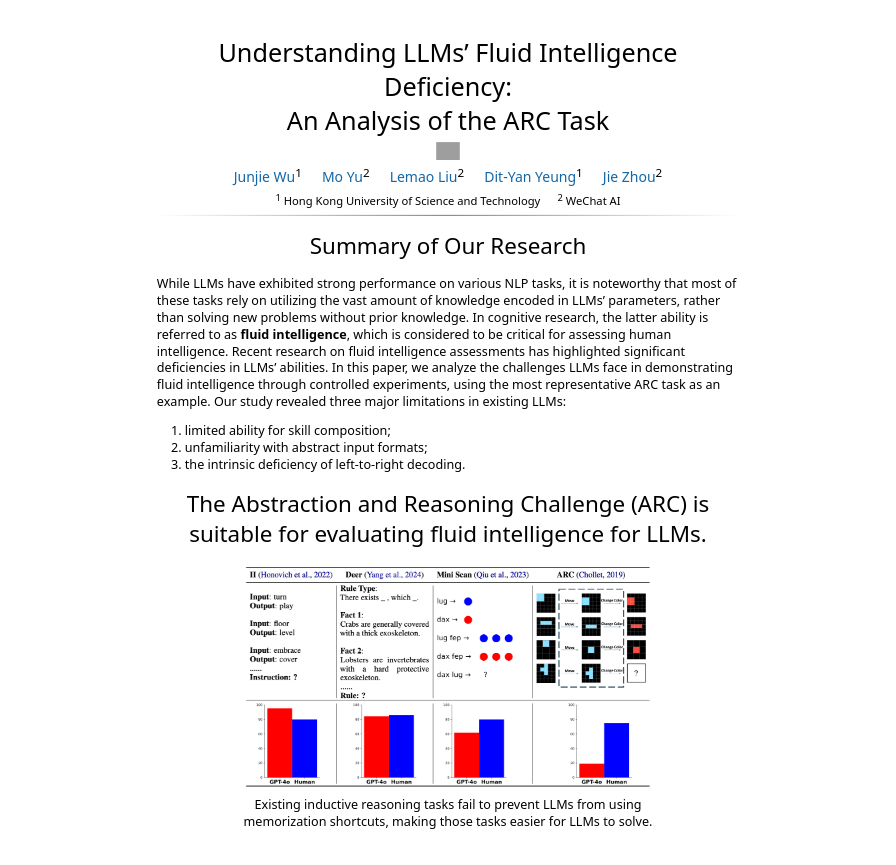
Repository: wujunjie1998/araoc-benchmark.github.io
Page: index.html
These files come from the project's save history. The page is drawn as it stood at one moment and after the next save; the edit follows.
The browser window is 1280 px wide. The pictures show the whole page, at 70% of full size.
Pictures or frames that could not be fetched are drawn as grey boxes.

Above is the page before, as saved 2025-02-07 22:13:51.

### index.html
<html>
  <head>
    <title>
      Understanding LLMs’ Fluid Intelligence Deficiency: An Analysis of the ARC Task
    </title>
    <link
      rel="icon"
      href="data:[embedded picture, 137 characters]"
    />
    <meta charset="UTF-8" />
    <meta name="viewport" content="width=device-width, initial-scale=1" />
    <link rel="stylesheet" href="./css/index.css" />
  </head>

  <body>
    <div class="header">
      <div class="paper-title">
        Understanding LLMs’ Fluid Intelligence Deficiency:
        <br />
        An Analysis of the ARC Task
      </div>
      <div>
        <!-- * Paper -->
        <span class="link-block">
          <a target="_blank" href="./paper.pdf"
            ><img
              class="badge"
              src="https://img.shields.io/badge/Paper-PDF-red?&labelColor=lightgray&logo=arxiv&logoColor=brown" /><img
          /></a>
        </span>
        <!-- * Dataset -->
        <!--
        <span class="link-block">
          <a
            target="_blank"
            href="https://huggingface.co/datasets/ShunchiZhang/PhysiCo/"
            ><img
              class="badge"
              src="https://img.shields.io/badge/HuggingFace-Dataset-yellow?labelColor=lightgray&logo=huggingface" /><img
          /></a>
        </span>
        -->

        <!-- * Code -->
         <!--
        <span class="link-block">
          <a target="_blank" href="https://github.com/physico-benchmark/physico"
            ><img
              class="badge"
              src="https://img.shields.io/badge/GitHub-Code-gray?labelColor=lightgray&logo=github&logoColor=gray" /><img /></a
        ></span>
        -->
        <!-- * Leaderboard -->
        <!--
        <span class="link-block">
          <a href="./leaderboard.html"
            ><img
              class="badge"
              src="https://img.shields.io/badge/Leaderboard-Visit-blue?labelColor=lightgray&logo=stackblitz&logoColor=367BAF" /><img /></a
        ></span>
        -->
        <!-- * X Threads -->
        <!--
        <span class="link-block">
          <a href="https://x.com/jieeijjie/status/1876713099752861782"
            ><img
              class="badge"
              src="https://img.shields.io/badge/Threads-black?labelColor=lightgray&logo=x&logoColor=gray" /><img /></a
        ></span>
        -->

      </div>
      <div>
        <div class="author-list">
          <span class="author-block"
            ><a href="https://wujunjie1998.github.io/">Junjie Wu</a
            ><sup>1</sup></span
          >
          <span class="author-block"
            ><a href="https://sites.google.com/site/moyunlp/">Mo Yu</a
            ><sup>2</sup></span
          >
          <span class="author-block"
            ><a href="https://lemaoliu.github.io">Lemao Liu</a
            ><sup>2</sup></span
          >
          <span class="author-block"
            ><a href="https://sites.google.com/view/dyyeung">Dit-Yan Yeung</a
            ><sup>1</sup></span
          >
          <span class="author-block"
            ><a href="https://openreview.net/profile?id=~Jie_Zhou8">Jie Zhou</a
            ><sup>2</sup></span
          >
        </div>
        <div class="inst-list">
          <span class="institution-block"><sup>1</sup> Hong Kong University of Science and Technology</span>
          <span class="institution-block"><sup>2</sup> WeChat AI</span>
        </div>
      </div>
    </div>
    <!--
    <div class="teaser">
      <center>
        <img src="./img/teaser.png" />
        <figcaption>
          Illustration of a "Stochastic Parrot 🦜" by our
          <span class="dataset-name">PhysiCo</span> task consisting of both
          <b style="color: #a47b48">low-level</b> and
          <b style="color: #153cf9">high-level</b> subtasks in parallel. For a
          concept <i>Gravity</i>, an LLM can generate its accurate description
          in natural language, but cannot interpret its grid-format
          illustration.
        </figcaption>
      </center>
    </div>
  -->
    <hr />

    <!-- ^ Summary of Our Research -->
    <center><h1>Summary of Our Research</h1></center>
    <div class="content">
      <!-- <p style="font-size: large; text-align: center">
        <b>TL;DR:</b>
      </p> -->
      <p>
        While LLMs have exhibited strong performance on various NLP tasks, it is noteworthy that most of these tasks rely on utilizing the vast amount of knowledge encoded in LLMs’ parameters, rather than solving new problems without prior knowledge. In cognitive research, the latter ability is referred to as <strong>fluid intelligence</strong>, which is considered to be critical for assessing human intelligence. Recent research on fluid intelligence assessments has highlighted significant deficiencies in LLMs’ abilities. In this paper, we analyze the challenges LLMs face in demonstrating fluid intelligence through controlled experiments, using the most representative ARC task as an example. Our study revealed three major limitations in existing LLMs:
      </p>
      <ol>
        <li>limited ability for skill composition;</li>
        <li>
          unfamiliarity with abstract input formats;
        </li>
        <li>
          the intrinsic deficiency of left-to-right decoding.
        </li>
      </ol>
    </div>

    <!-- ^ Physical Concepts Covered by `PhysiCo` -->
     <!--
    <center>
      <h1>
        Physical Concepts Covered by <span class="dataset-name">PhysiCo</span>
      </h1>
    </center>
    <div class="content narrower">
      <p>
        <strong>Core-Dev Set.</strong>&ensp;<span style="font-size: smaller">
          <span style="color: darkgray">acceleration</span>
          <span style="color: gray">buoyancy</span>
          <span style="color: darkgray">communicating vessels</span>
          <span style="color: gray">compression</span>
          <span style="color: darkgray">cut</span>
          <span style="color: gray">diffraction of waves</span>
          <span style="color: darkgray">diffuse reflection of light</span>
          <span style="color: gray">diffusion</span>
          <span style="color: darkgray">electricity</span>
          <span style="color: gray">expansion</span>
          <span style="color: darkgray">gravity</span>
          <span style="color: gray">inertia</span>
          <span style="color: darkgray">laser</span>
          <span style="color: gray">lever</span>
          <span style="color: darkgray">light imaging</span>
          <span style="color: gray">move</span>
          <span style="color: darkgray">nuclear fission</span>
          <span style="color: gray">nuclear fusion</span>
          <span style="color: darkgray">reference frame</span>
          <span style="color: gray">reflection</span>
          <span style="color: darkgray">refraction</span>
          <span style="color: gray">repulsive force</span>
          <span style="color: darkgray"
            >spectrum of light and optical filters</span
          >
          <span style="color: gray">surface tension</span>
          <span style="color: darkgray">vortex</span>
          <span style="color: gray">wave</span>
          <span style="color: darkgray">wave interference</span></span
        >
      </p>
      <p>
        <strong>Core-Test Set.</strong>&ensp;<span style="font-size: smaller">
          <span style="color: darkgray">Bernoulli effect</span>
          <span style="color: gray">Brownian motion</span>
          <span style="color: darkgray">atmospheric pressure</span>
          <span style="color: gray">doppler effect</span>
          <span style="color: darkgray">elastic force</span>
          <span style="color: gray">electromagnetic wave</span>
          <span style="color: darkgray">energy conservation</span>
          <span style="color: gray">fictitious force</span>
          <span style="color: darkgray">fluid pressure</span>
          <span style="color: gray">force composition</span>
          <span style="color: darkgray">friction</span>
          <span style="color: gray">heat conduction</span>
          <span style="color: darkgray">inclined plane</span>
          <span style="color: gray">lifting</span>
          <span style="color: darkgray">lighting</span>
          <span style="color: gray">melting</span>
          <span style="color: darkgray">oscillation</span>
          <span style="color: gray">photoelectric effect</span>
          <span style="color: darkgray">pulley</span>
          <span style="color: gray">relativity</span>
          <span style="color: darkgray">resonance</span>
          <span style="color: gray">siphon</span>
          <span style="color: darkgray">splashing</span>
          <span style="color: gray">thermal expansion and contraction</span>
          <span style="color: darkgray">vaporization</span></span
        >
      </p>
      <p>
        <strong>Associative-Test Set.</strong>&ensp;<span
          style="font-size: smaller"
        >
          <span style="color: darkgray">change of reference frame</span>
          <span style="color: gray">chemical bond</span>
          <span style="color: darkgray">compression</span>
          <span style="color: gray">diffusion</span>
          <span style="color: darkgray">expansion</span>
          <span style="color: gray">explosion</span>
          <span style="color: darkgray">gravity</span>
          <span style="color: gray">laser</span>
          <span style="color: darkgray">long exposure</span>
          <span style="color: gray">lumination</span>
          <span style="color: darkgray">magnet</span>
          <span style="color: gray">mirror</span>
          <span style="color: darkgray">move</span>
          <span style="color: gray">nuclear fission</span>
          <span style="color: darkgray">nuclear fusion</span>
          <span style="color: gray">optical filter</span>
          <span style="color: darkgray">polarization of light</span>
          <span style="color: gray">projection</span>
          <span style="color: darkgray">reflection</span>
          <span style="color: gray">rotation</span>
          <span style="color: darkgray">squeeze</span>
          <span style="color: gray">vacuum</span>
          <span style="color: darkgray">vortex</span>
          <span style="color: gray">water ripples</span>
          <span style="color: darkgray">wave</span>
          <span style="color: gray">wave interference</span>
          <span style="color: darkgray">wetting</span>
          <span style="color: gray">zoom in</span>
          <span style="color: darkgray">zoom out</span></span
        >
      </p>
    </div>
  -->
    <!-- ^ Our Studies and Findings -->
    <center><h1>The Abstraction and Reasoning Challenge (ARC) is suitable for evaluating fluid intelligence for LLMs.</h1></center>
    <div class="content">
      <!-- <p>Foo Bar</p> -->
      <center>
        <img src="./img/fluid1.png" width="70%" />
        <figcaption style="text-align: center">
          Existing inductive reasoning tasks fail to prevent LLMs from using memorization shortcuts, making those tasks easier for LLMs to solve.
        </figcaption>
      </center>
    </div>
  </body>
</html>

### css/index.css
@import url("https://fonts.googleapis.com/css2?family=Noto+Sans:ital,wght@0,100..900;1,100..900&display=swap");

body {
  font-family: "Noto Sans", sans-serif;
  font-optical-sizing: auto;
  font-style: normal;
  font-variation-settings: "wdth" 100;
  font-weight: 400;
  font-size: 18px;
  margin: 50px auto;
  width: 65%;
}

div.header,
div.teaser,
div.content {
  margin-left: auto;
  margin-right: auto;
}

div.narrower {
  width: 80% !important;
}

div.header div {
  margin: 6px;
  text-align: center;
}

div.teaser img {
  max-width: 60%;
}

.paper-title {
  font-size: 36px;
}

.author-block {
  font-size: 20px;
  margin: 0px 12px;
}

.institution-block {
  font-size: 16px;
  margin: 0px 10px;
}

.note-block {
  color: gray;
  font-size: 16px;
}

.link-block {
  font-size: 24px;
  font-weight: bold;
  margin: 0px 5px;
}

.badge {
  width: auto;
  height: 2vw;
}

.dataset-name {
  font-weight: bold;
  color: #81a526;
}

h1 {
  font-size: 32px;
  font-weight: 300;
}

.disclaimerbox {
  background-color: #eee;
  border: 1px solid #eeeeee;
  border-radius: 10px;
  -moz-border-radius: 10px;
  -webkit-border-radius: 10px;
  padding: 20px;
}

video.header-vid {
  height: 140px;
  border: 1px solid black;
  border-radius: 10px;
  -moz-border-radius: 10px;
  -webkit-border-radius: 10px;
}

figcaption {
  margin: 10px 0px;
  width: 80%;
  text-align: left;
}

img.header-img {
  height: 140px;
  border: 1px solid black;
  border-radius: 10px;
  -moz-border-radius: 10px;
  -webkit-border-radius: 10px;
}

img.rounded {
  border: 1px solid #eeeeee;
  border-radius: 10px;
  -moz-border-radius: 10px;
  -webkit-border-radius: 10px;
}

a:link,
a:visited {
  color: #1367a7;
  text-decoration: none;
}
a:hover {
  color: #208799;
}

td.dl-link {
  height: 160px;
  text-align: center;
  font-size: 22px;
}

.vert-cent {
  position: relative;
  top: 50%;
  transform: translateY(-50%);
}

hr {
  border: 0;
  height: 1px;
  background-image: linear-gradient(
    to right,
    rgba(0, 0, 0, 0),
    rgba(0, 0, 0, 0.75),
    rgba(0, 0, 0, 0)
  );
}

.citation {
  text-align: left;
  font-family: monospace;
  font-size: 8pt;
  text-wrap: auto;
}

@media screen and (max-width: 1120px) {
  body {
    font-size: 16px;
    width: 90%;
  }
  div.teaser img {
    max-width: 100%;
  }
  .paper-title {
    font-size: 26px;
  }
  .author-block,
  .institution-block,
  .note-block {
    font-size: 14px;
  }
  .link-block {
    font-size: 20px;
  }
  .badge {
    width: auto;
    height: 28px;
    margin-top: 3px;
    margin-bottom: 3px;
  }
  h1 {
    font-size: 26px;
  }
}

After the next save:
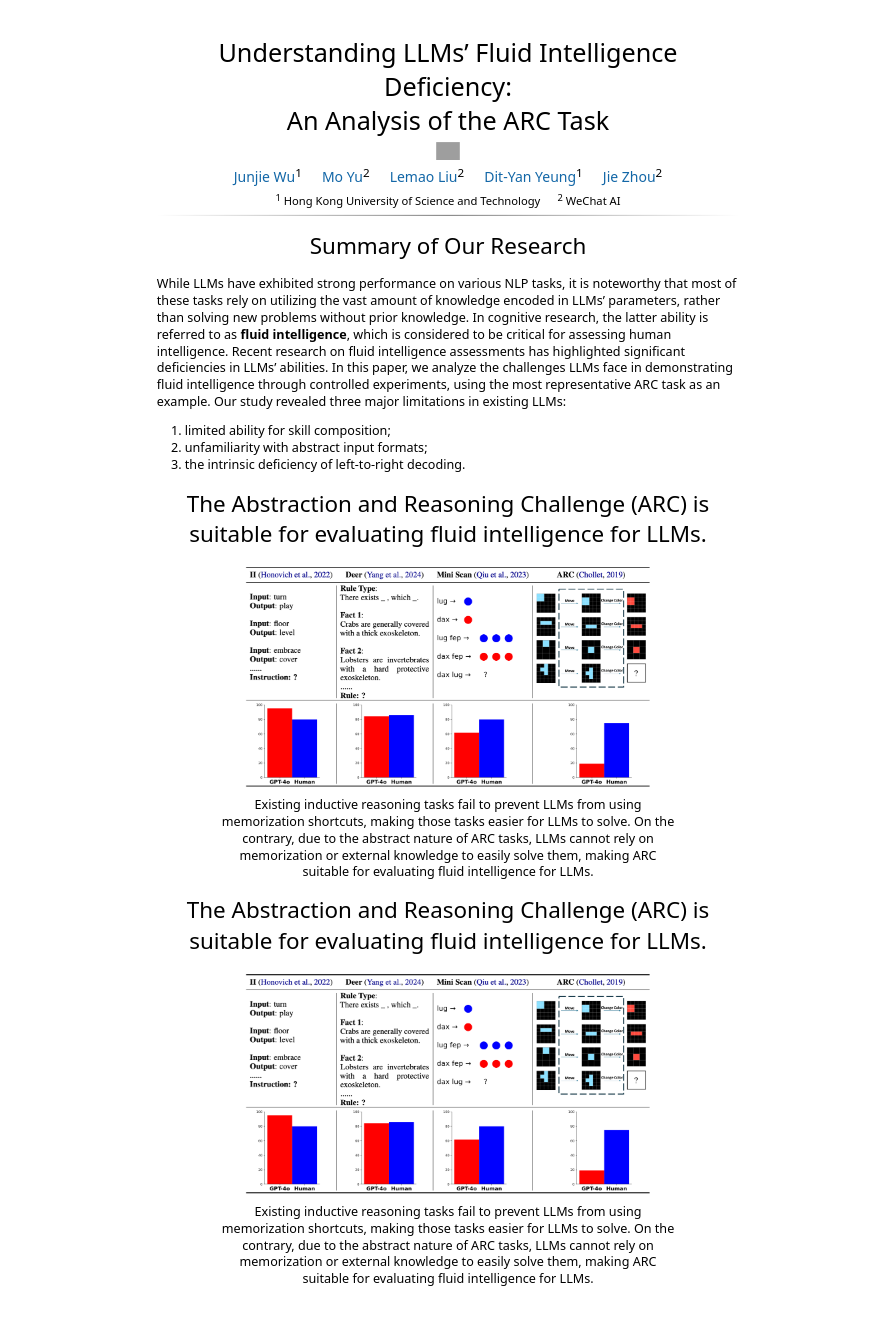
Saved 79 s later.
--- a/index.html
+++ b/index.html
@@ -251,9 +251,22 @@
       <center>
         <img src="./img/fluid1.png" width="70%" />
         <figcaption style="text-align: center">
-          Existing inductive reasoning tasks fail to prevent LLMs from using memorization shortcuts, making those tasks easier for LLMs to solve.
+          Existing inductive reasoning tasks fail to prevent LLMs from using memorization shortcuts, making those tasks easier for LLMs to solve. On the contrary, due to the abstract nature of ARC tasks, LLMs cannot rely on memorization or external knowledge to easily solve them, making ARC suitable for evaluating fluid intelligence for LLMs.
         </figcaption>
       </center>
     </div>
+
+
+    <!-- ^ Our Studies and Findings -->
+    <center><h1>The Abstraction and Reasoning Challenge (ARC) is suitable for evaluating fluid intelligence for LLMs.</h1></center>
+    <div class="content">
+      <!-- <p>Foo Bar</p> -->
+      <center>
+        <img src="./img/fluid1.png" width="70%" />
+        <figcaption style="text-align: center">
+          Existing inductive reasoning tasks fail to prevent LLMs from using memorization shortcuts, making those tasks easier for LLMs to solve. On the contrary, due to the abstract nature of ARC tasks, LLMs cannot rely on memorization or external knowledge to easily solve them, making ARC suitable for evaluating fluid intelligence for LLMs.
+        </figcaption>
+      </center>
+    </div>
   </body>
 </html>
